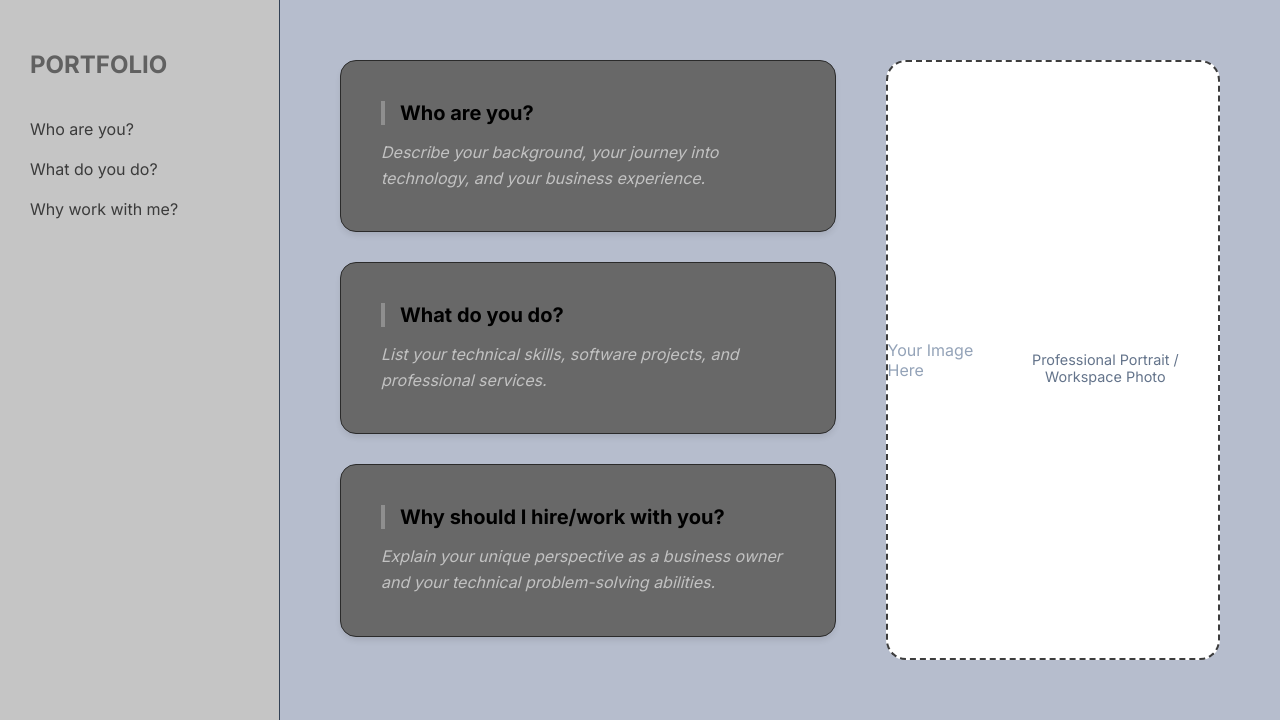
Repository: KevinSamaha/Kevin_Samaha
Page: index.html
The author's editor kept a copy of each file at every save. The page is drawn from the files as they stood at one save, then again after the next save.
The browser window is 1280 px wide. The pictures show the whole page.

Above is the page before, as saved 2026-05-03 16:22:14.

### index.html
<!DOCTYPE html>
<html lang="en">
<head>
    <meta charset="UTF-8">
    <meta name="viewport" content="width=device-width, initial-scale=1.0">
    <title>Personal Portfolio</title>
    <!-- Linking to your CSS file -->
    <link rel="stylesheet" href="style.css">
    <!-- Google Fonts for a professional look -->
    <link href="https://fonts.googleapis.com/css2?family=Inter:wght@300;400;700&display=swap" rel="stylesheet">
</head>
<body>

    <header>
        <div class="logo">PORTFOLIO</div>
        <nav>
            <ul>
                <li><a href="#who">Who are you?</a></li>
                <li><a href="#what">What do you do?</a></li>
                <li><a href="#why">Why work with me?</a></li>
            </ul>
        </nav>
    </header>

    <main>
        <!-- Left Side: Your Questions -->
        <div class="questions-column">
            <section class="content-box">
                <h2>Who are you?</h2>
                <div class="placeholder">
                    Describe your background, your journey into technology, and your business experience.
                </div>
            </section>

            <section class="content-box">
                <h2>What do you do?</h2>
                <div class="placeholder">
                    List your technical skills, software projects, and professional services.
                </div>
            </section>

            <section class="content-box">
                <h2>Why should I hire/work with you?</h2>
                <div class="placeholder">
                    Explain your unique perspective as a business owner and your technical problem-solving abilities.
                </div>
            </section>
        </div>

        <!-- Right Side: Your Photo -->
        <div class="image-column", class="profile-container">
                <div class="profile-frame">
                    <!-- To use your photo: replace the span below with <img src="yourphoto.jpg"> -->
                    <span style="color: #94a3b8;">Your Image Here</span>
                </div>
                <p class="image-hint">Professional Portrait / Workspace Photo</p>
        </div>
    </main>

</body>
</html>

### style.css
/* General Reset */
* {
    margin: 0;
    padding: 0;
    box-sizing: border-box;
}

body {
    font-family: 'Inter', sans-serif;
    background-color: #b6bdcd; /* Dark Navy */
    color: #636363;
    display: flex;
    min-height: 100vh;
    overflow-x: hidden;
}

/* 1. Sidebar Navigation */
header {
    width: 280px;
    height: 100vh;
    background-color: #c5c5c5;
    border-right: 1px solid #334155;
    padding: 50px 30px;
    position: fixed;
    left: 0;
    top: 0;
    display: flex;
    flex-direction: column;
}

.logo {
    font-size: 1.5rem;
    font-weight: 700;
    color: #616161;
    margin-bottom: 40px;
}

nav ul {
    list-style: none;
}

nav ul li {
    margin-bottom: 20px;
}

nav a {
    text-decoration: none;
    color: #3b3b3b;
    font-size: 1rem;
    transition: color 0.3s ease;
}

nav a:hover {
    color: #848484;
}

/* 2. Main Content Container */
main {
    margin-left: 280px; /* Space for the sidebar */
    width: 100%;
    display: flex;
    padding: 60px;
    gap: 50px;
}

/* Left Column: The Questions */
.questions-column {
    flex: 1.2;
    display: flex;
    flex-direction: column;
    gap: 30px;
}

.content-box {
    background-color: #686868;
    padding: 40px;
    border-radius: 16px;
    border: 1px solid #2b2b2b;
    box-shadow: 0 4px 6px -1px rgba(0, 0, 0, 0.1);
}

h2 {
    font-size: 1.25rem;
    margin-bottom: 15px;
    color: #000000;
    border-left: 4px solid #8f8f8f;
    padding-left: 15px;
}

.placeholder {
    color: #c2c2c2;
    font-style: italic;
    line-height: 1.6;
}

/* Right Column: The Image Area */
.image-column {
    flex: 0.8;
    display: flex;
    justify-content: center;
    align-items: flex-start;
    width: 100%;
    max-width: 400px;
    position: sticky;
    top: 60px;
    width: 100%;
    aspect-ratio: 4 / 5;
    background-color: #ffffff;
    border: 2px dashed #3d3d3d;
    border-radius: 20px;
    display: flex;
    align-items: center;
    justify-content: center;
    overflow: hidden;
}



.profile-frame img {
    width: 100%;
    height: 100%;
    object-fit: cover;
}

.image-hint {
    color: #64748b;
    text-align: center;
    font-size: 0.9rem;
    margin-top: 15px;
}

/* Responsive design for tablets and phones */
@media (max-width: 1024px) {
    body { flex-direction: column; }
    header { width: 100%; height: auto; position: relative; border-right: none; border-bottom: 1px solid #334155; }
    main { margin-left: 0; flex-direction: column; padding: 30px; }
    .profile-container { position: relative; top: 0; max-width: 100%; }
    .image-column { order: -1; }
}

After the next save:
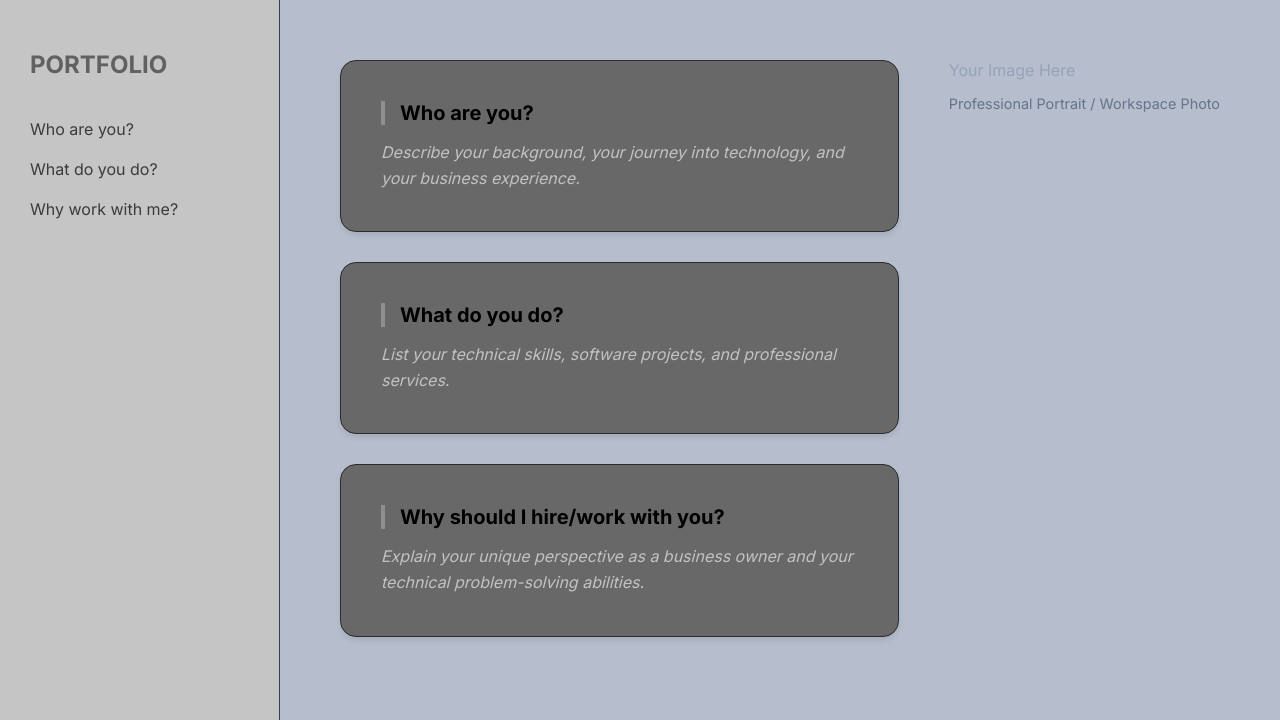
Saved 33 s later.
--- a/style.css
+++ b/style.css
@@ -94,25 +94,7 @@ h2 {
 }
 
 /* Right Column: The Image Area */
-.image-column {
-    flex: 0.8;
-    display: flex;
-    justify-content: center;
-    align-items: flex-start;
-    width: 100%;
-    max-width: 400px;
-    position: sticky;
-    top: 60px;
-    width: 100%;
-    aspect-ratio: 4 / 5;
-    background-color: #ffffff;
-    border: 2px dashed #3d3d3d;
-    border-radius: 20px;
-    display: flex;
-    align-items: center;
-    justify-content: center;
-    overflow: hidden;
-}
+
 
 
 
